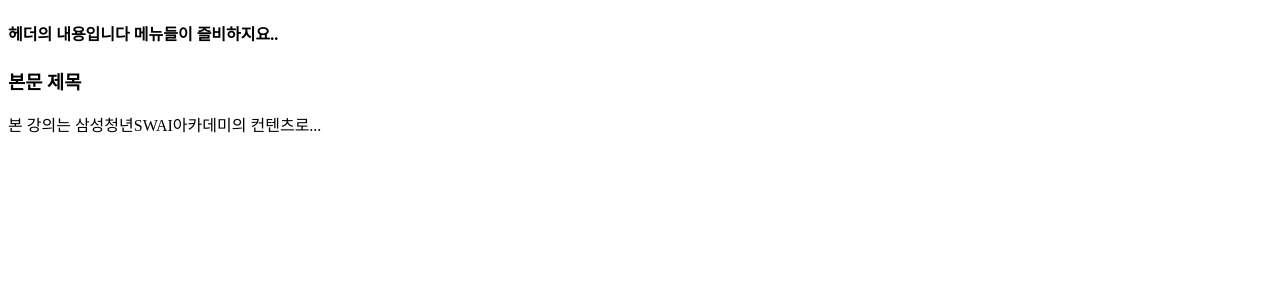
Repository: juhyung1/java_edu_web
Page: http://localhost/BackEnd_02_JSP/10_include.jsp
The author's editor kept a copy of each file at every save. The page is drawn from the files as they stood at one save, then again after the next save.
The browser window is 1280 px wide. The pictures show the whole page.
The page is served by Tomcat 9.

Above is the page before, as saved 2026-10-07 01:31:42.

After the next save:
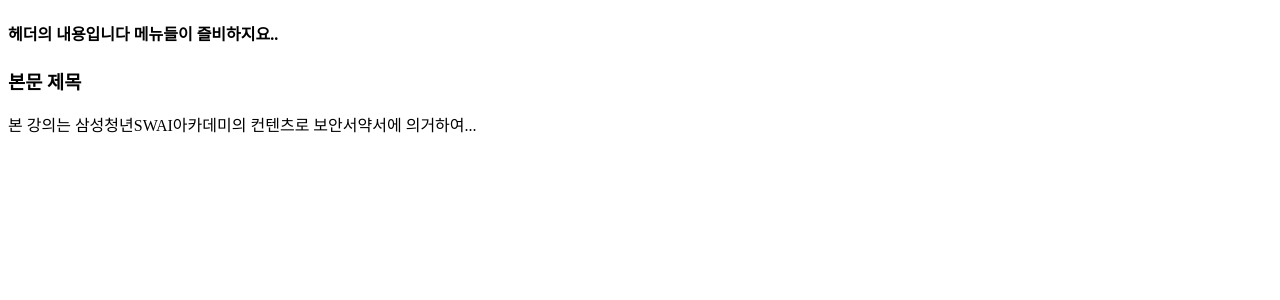
Saved 37 s later.
--- a/BackEnd_02_JSP/src/main/webapp/10_include.jsp
+++ b/BackEnd_02_JSP/src/main/webapp/10_include.jsp
@@ -20,6 +20,6 @@
 <body>
 	<%@ include file="./common/header.jsp" %>
 	<h3>본문 제목</h3>
-	<p>본 강의는 삼성청년SWAI아카데미의 컨텐츠로...</p>
+	<p>본 강의는 삼성청년SWAI아카데미의 컨텐츠로 보안서약서에 의거하여...</p>
 </body>
 </html>
